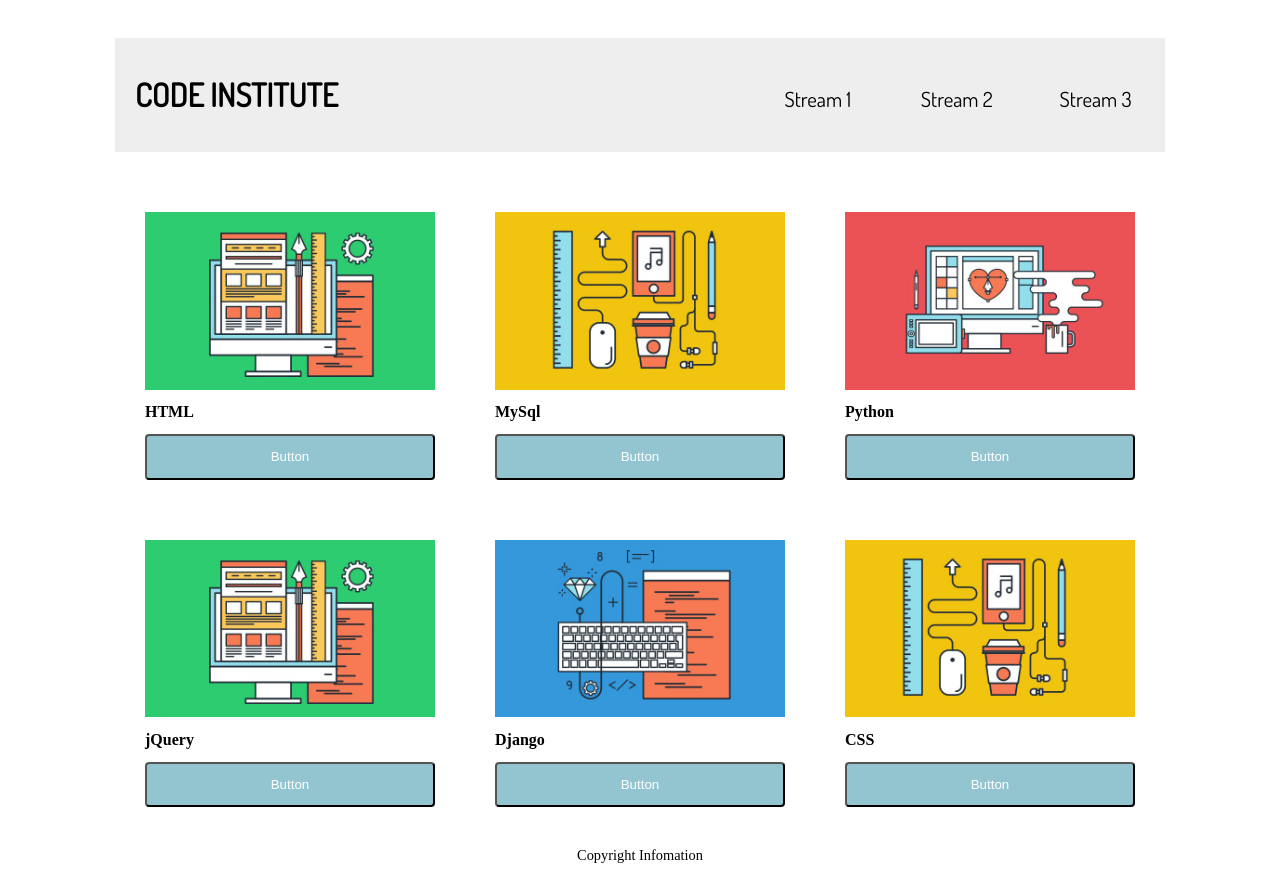
Repository: SOliv1/jquery-downloading-selectors
Page: index.html
The author's editor kept a record of every edit. The page is drawn from the files as they stood at one moment, then again after the next edit.
The browser window is 1280 px wide. The pictures show the whole page.
Some web libraries are served in a nearby version.

Above is the page before.

After the next edit:
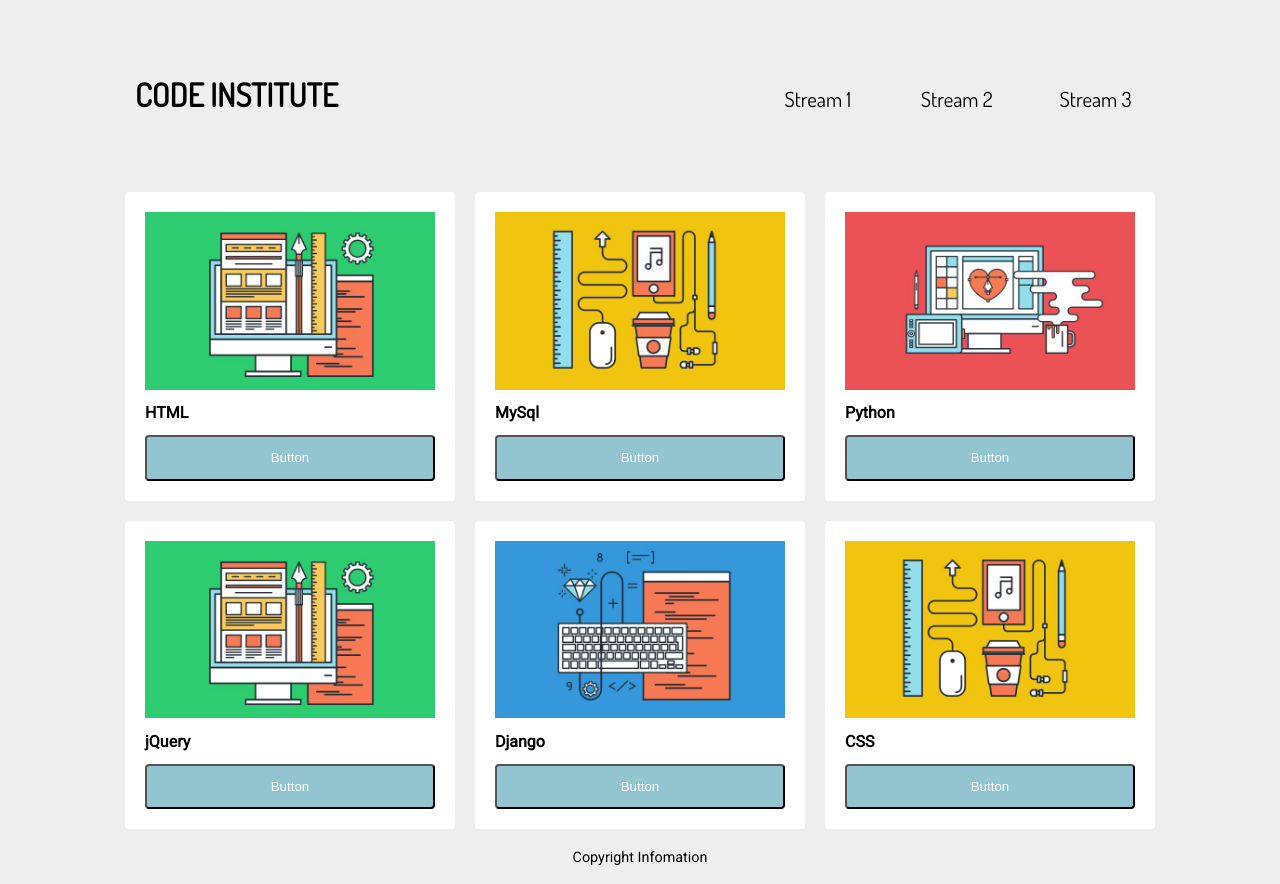
The edit:
--- a/css/style.css
+++ b/css/style.css
@@ -1,40 +1,12 @@
-Skip to content
-
-
-
-Pull requests
-Issues
-Marketplace
-Explore
-
-
-
-
-
-Code Issues 0 Pull requests 0 Projects 0 Wiki Security Pulse Community
-Branch: master
-FromJavaScriptTojQuery/04-jQuery-TraversingMtDOM/04-traversing_sideways_challenge_2/css/style.css
-Find file
-Copy path
- aaronsnig501 Initial commit
-f8b0f22 on 11 Jan
-1 contributor
-149 lines (132 sloc) 2.14 KB
-Raw
-Blame
-History
 
 
 body{
 
 	font-family: 'Roboto', sans-serif;
 
-	/*background-image: url(img/code-institute.jpg);
-
+	/*background-image: url(img/code-institute-img.jpg);
 	background-size: cover;
-
 	color: #ffffff;*/
-
 	background-color: #eee;
 
 }
